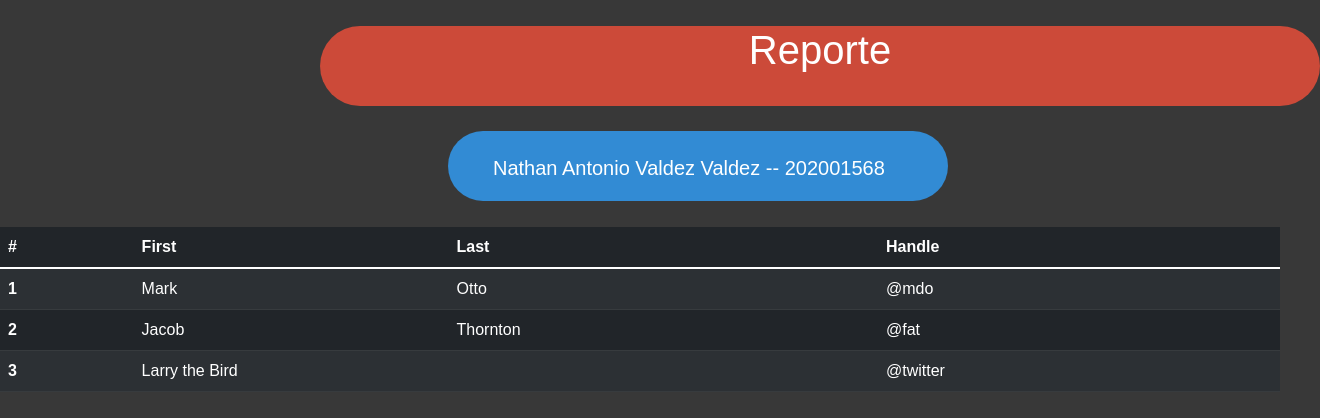
Repository: nathanvdev/LFP_PR_202001568
Page: plantilla.html
These files come from the project's save history. The page is drawn as it stood at one moment and after the next save; the edit follows.
The browser window is 1280 px wide. The page is 1320 px wide, so the pictures cover 1320 px, including what lies to the right of the window. The pictures show the whole page.

Above is the page before, as saved 2022-02-19 19:02:04.

After the next save:
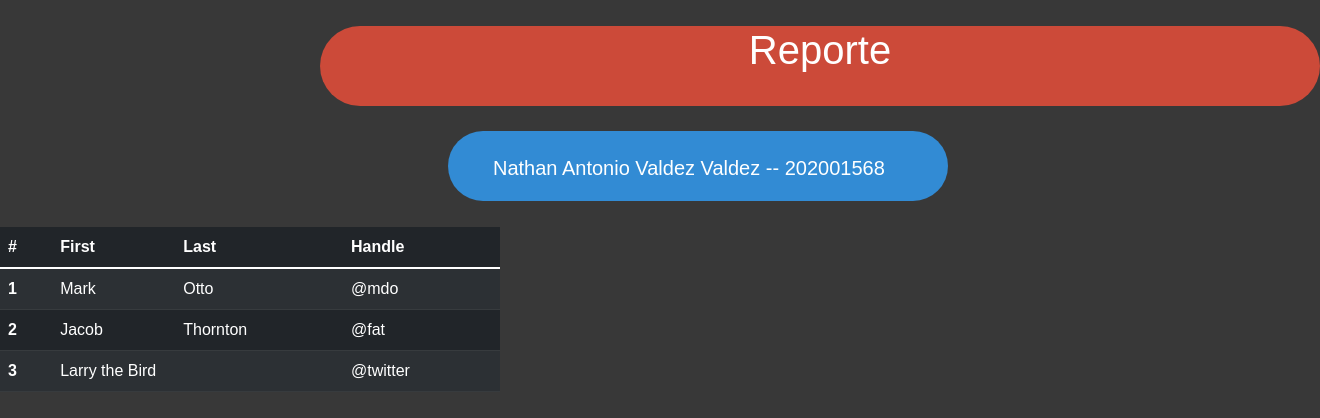
Saved 17 s later.
--- a/plantilla.html
+++ b/plantilla.html
@@ -35,7 +35,8 @@
 
     }
     .tabla{
-
+        width: 500px;
+        height: auto;
     }
 </style>
 <body style="background-color: rgb(56, 56, 56);">
